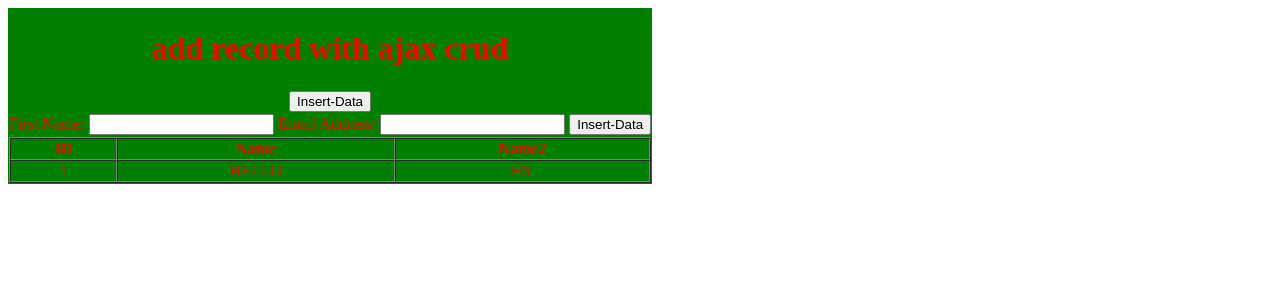
Repository: Tauqeer124/newrepo
Page: http://localhost/insertdata.php
An editor plug-in stored every save of this project. The page is shown before and after the next save, followed by the edit.
The browser window is 1280 px wide. The pictures show the whole page.
The page is run by PHP 8.4 with error messages shown; the project is at /var/www/html/.

Above is the page before, as saved 2023-04-28 20:12:56.
Console error: ReferenceError: $ is not defined

After the next save:
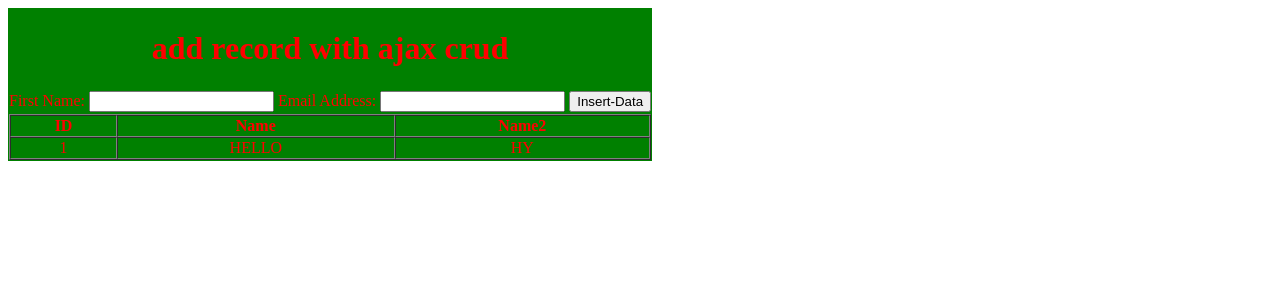
Saved 110 s later.
--- a/insertdata.php
+++ b/insertdata.php
@@ -17,12 +17,7 @@
                     <h1>add record with ajax crud</h1>
                 </td>
             </tr>
-            <tr>
-                <td id="table-form">
 
-                    <input type="button" id="save-button" value="Insert-Data" >
-                </td>
-            </tr>
             <tr>
                 <td id="table-form">
                     First Name: <input type="text" id="name">
